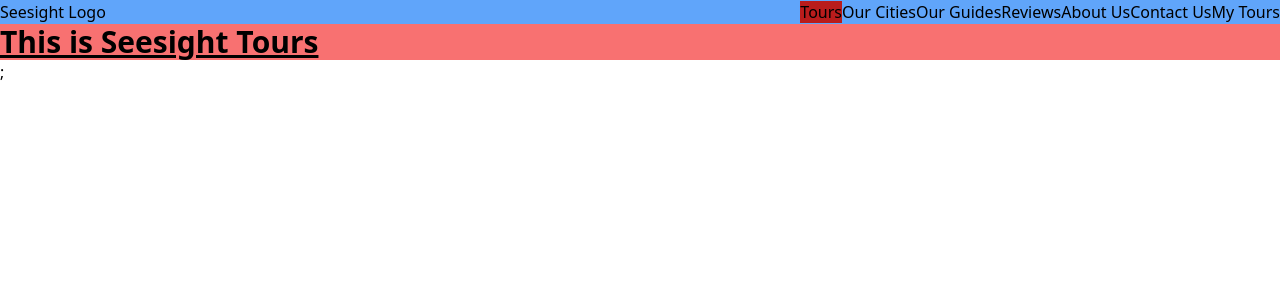
Repository: AmelUlMulk/seesight-tours-test
Page: /
An editor plug-in stored every save of this project. The page is shown before and after the next save, followed by the edit.
The browser window is 1280 px wide. The pictures show the whole page.
The project was rebuilt for these pictures with package versions that can differ from the ones it lists, and the page was loaded fresh each time. The framework's server and built-in components were replaced by stand-ins that run in the browser. Also part of the build but not shown: next.config.js.

Above is the page before, as saved 2022-12-27 11:17:01.

After the next save:
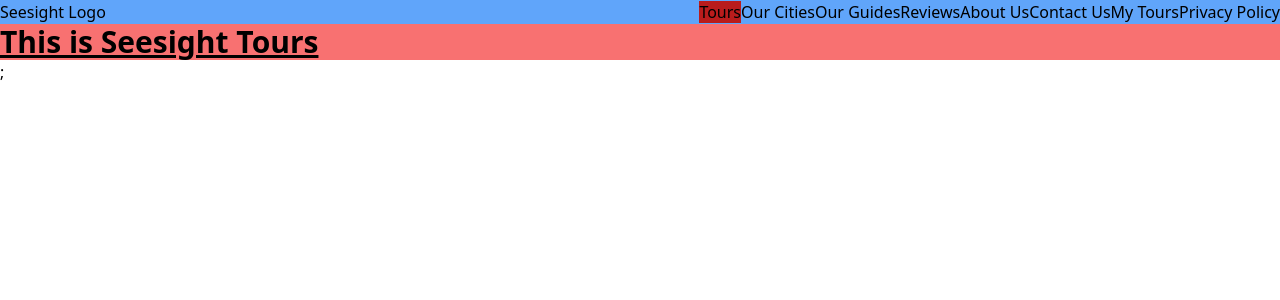
Saved 5 min 49 s later.
--- a/layouts/NavBar.tsx
+++ b/layouts/NavBar.tsx
@@ -17,6 +17,7 @@ const NavBar = () => {
         <Link href="/about">About Us</Link>
         <Link href="/contact">Contact Us</Link>
         <Link href="/my-tours">My Tours</Link>
+        <Link href="/policy">Privacy Policy</Link>
       </div>
     </div>
   );
